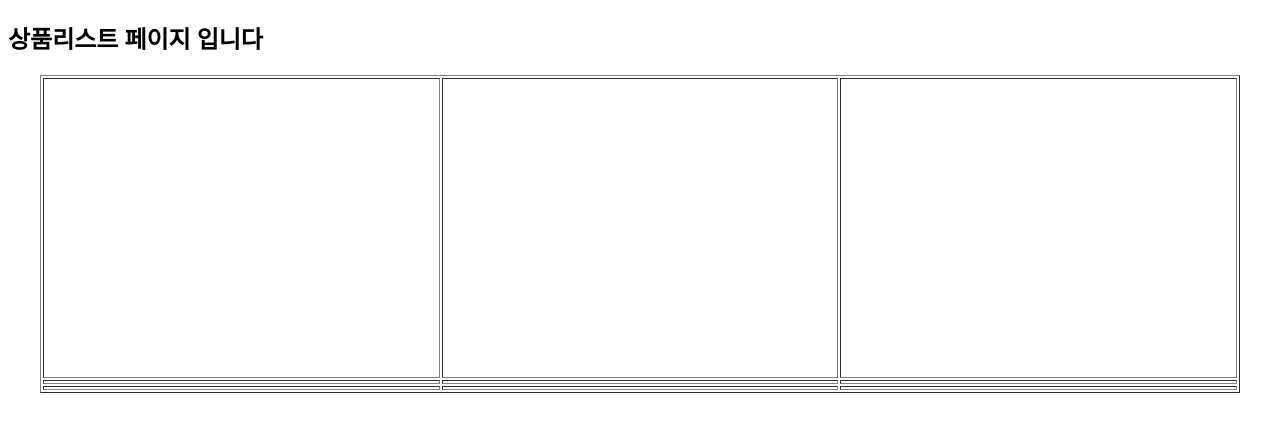
Repository: simjinbo/shoppingmall-lookbom
Page: http://localhost/lookBomProject/views/product/productListView.jsp
An editor plug-in stored every save of this project. The page is shown before and after the next save, followed by the edit.
The browser window is 1280 px wide. The pictures show the whole page.
The page is served by Tomcat 9. Nobody is signed in. The application's start-up code is not run. Other server files are loaded and not shown.

Above is the page before, as saved 2019-03-12 03:44:58.

### lookBomProject/web/views/product/productListView.jsp
<%@ page language="java" contentType="text/html; charset=UTF-8"
    pageEncoding="UTF-8"%>
<!DOCTYPE html>
<html>
<head>
<meta charset="UTF-8">
<title>lookbom</title>
</head>
<body>
<h2>상품리스트 페이지 입니다</h2>
<table align ="center" width="1200" border="1px solid #bcbcbc">
<tr height="300"><th></th><th></th><th></th></tr>
<tr><th></th><th></th><th></th></tr>
<tr><th></th><th></th><th></th></tr>
</table>
</body>
</html>

After the next save:
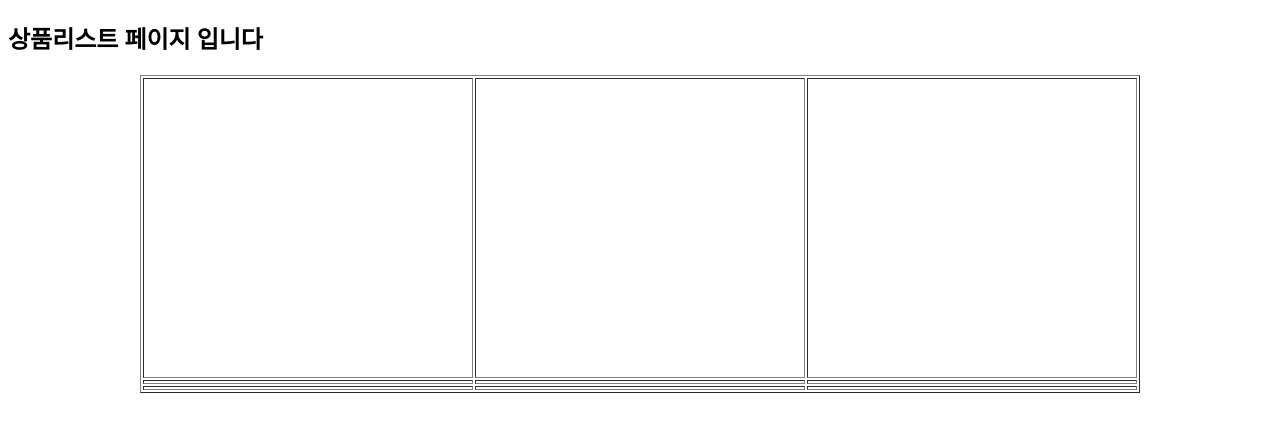
Saved 13 s later.
--- a/lookBomProject/web/views/product/productListView.jsp
+++ b/lookBomProject/web/views/product/productListView.jsp
@@ -8,7 +8,7 @@
 </head>
 <body>
 <h2>상품리스트 페이지 입니다</h2>
-<table align ="center" width="1200" border="1px solid #bcbcbc">
+<table align ="center" width="1000" border="1px solid #bcbcbc">
 <tr height="300"><th></th><th></th><th></th></tr>
 <tr><th></th><th></th><th></th></tr>
 <tr><th></th><th></th><th></th></tr>
